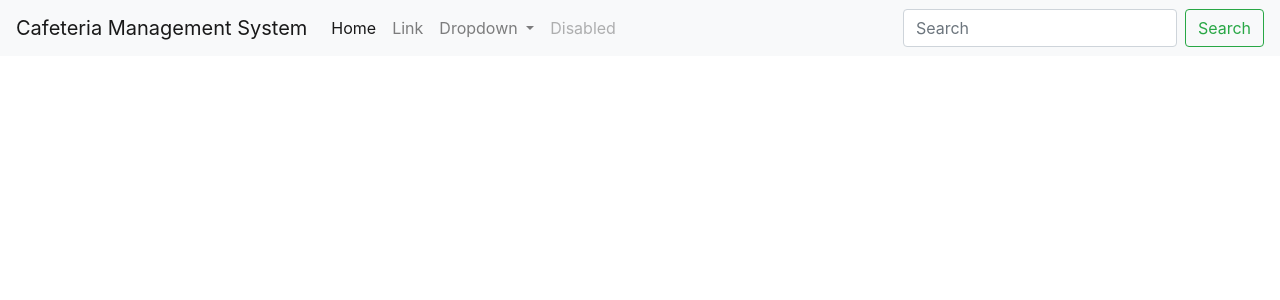
Repository: OsamaRaees/Trivia
Page: http://localhost/Trivia/
The author's editor kept a copy of each file at every save. The page is drawn from the files as they stood at one save, then again after the next save.
The browser window is 1280 px wide. The pictures show the whole page.
The page is served by Tomcat 9. Other server files are loaded and not shown.

Above is the page before, as saved 2019-04-05 04:38:30.

### Trivia/WebContent/Main.jsp
<%@ page language="java" contentType="text/html; charset=ISO-8859-1"
    pageEncoding="ISO-8859-1"%>
<!DOCTYPE html>
<html>
<head>
<meta charset="ISO-8859-1">
<link rel="stylesheet" href="https://stackpath.bootstrapcdn.com/bootstrap/4.3.1/css/bootstrap.min.css" integrity="sha384-ggOyR0iXCbMQv3Xipma34MD+dH/1fQ784/j6cY/iJTQUOhcWr7x9JvoRxT2MZw1T" crossorigin="anonymous">
<title>Insert title here</title>
</head>
<body>

<nav class="navbar navbar-expand-lg navbar-light bg-light">
  <a class="navbar-brand" href="#">Cafeteria Management System </a>
  <button class="navbar-toggler" type="button" data-toggle="collapse" data-target="#navbarSupportedContent" aria-controls="navbarSupportedContent" aria-expanded="false" aria-label="Toggle navigation">
    <span class="navbar-toggler-icon"></span>
  </button>

  <div class="collapse navbar-collapse" id="navbarSupportedContent">
    <ul class="navbar-nav mr-auto">
      <li class="nav-item active">
        <a class="nav-link" href="#">Home <span class="sr-only">(current)</span></a>
      </li>


      <li class="nav-item">
        <a class="nav-link" href="#">Link</a>
      </li>
      <li class="nav-item dropdown">
        <a class="nav-link dropdown-toggle" href="#" id="navbarDropdown" role="button" data-toggle="dropdown" aria-haspopup="true" aria-expanded="false">
          Dropdown
        </a>
        <div class="dropdown-menu" aria-labelledby="navbarDropdown">
          <a class="dropdown-item" href="#">Action</a>
          <a class="dropdown-item" href="#">Another action</a>
          <div class="dropdown-divider"></div>
          <a class="dropdown-item" href="#">Something else here</a>
        </div>
      </li>
      <li class="nav-item">
        <a class="nav-link disabled" href="#" tabindex="-1" aria-disabled="true">Disabled</a>
      </li>
    </ul>
    <form class="form-inline my-2 my-lg-0">
      <input class="form-control mr-sm-2" type="search" placeholder="Search" aria-label="Search">
      <button class="btn btn-outline-success my-2 my-sm-0" type="submit">Search</button>
    </form>
  </div>
</nav>

<script src="https://code.jquery.com/jquery-3.3.1.slim.min.js" integrity="sha384-q8i/X+965DzO0rT7abK41JStQIAqVgRVzpbzo5smXKp4YfRvH+8abtTE1Pi6jizo" crossorigin="anonymous"></script>
<script src="https://cdnjs.cloudflare.com/ajax/libs/popper.js/1.14.7/umd/popper.min.js" integrity="sha384-UO2eT0CpHqdSJQ6hJty5KVphtPhzWj9WO1clHTMGa3JDZwrnQq4sF86dIHNDz0W1" crossorigin="anonymous"></script>
<script src="https://stackpath.bootstrapcdn.com/bootstrap/4.3.1/js/bootstrap.min.js" integrity="sha384-JjSmVgyd0p3pXB1rRibZUAYoIIy6OrQ6VrjIEaFf/nJGzIxFDsf4x0xIM+B07jRM" crossorigin="anonymous"></script>
</body>
</html>

After the next save:
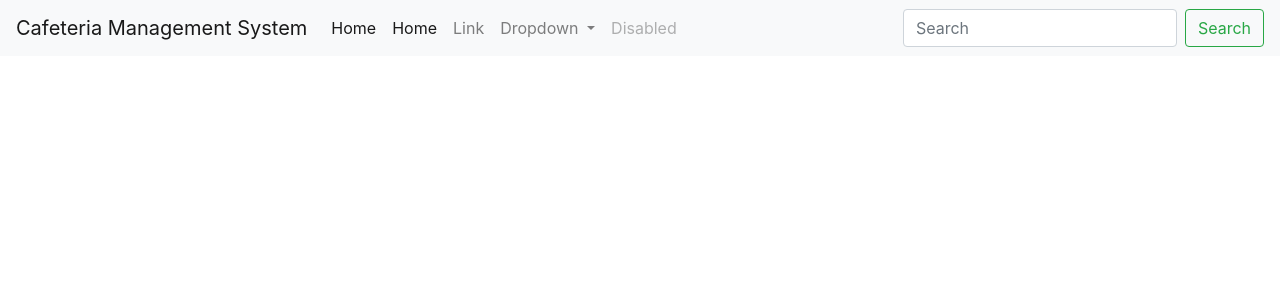
Saved 30 s later.
--- a/Trivia/WebContent/Main.jsp
+++ b/Trivia/WebContent/Main.jsp
@@ -21,6 +21,9 @@
         <a class="nav-link" href="#">Home <span class="sr-only">(current)</span></a>
       </li>
 
+      <li class="nav-item active">
+        <a class="nav-link" href="#">Home <span class="sr-only">(current)</span></a>
+      </li>
 
       <li class="nav-item">
         <a class="nav-link" href="#">Link</a>
